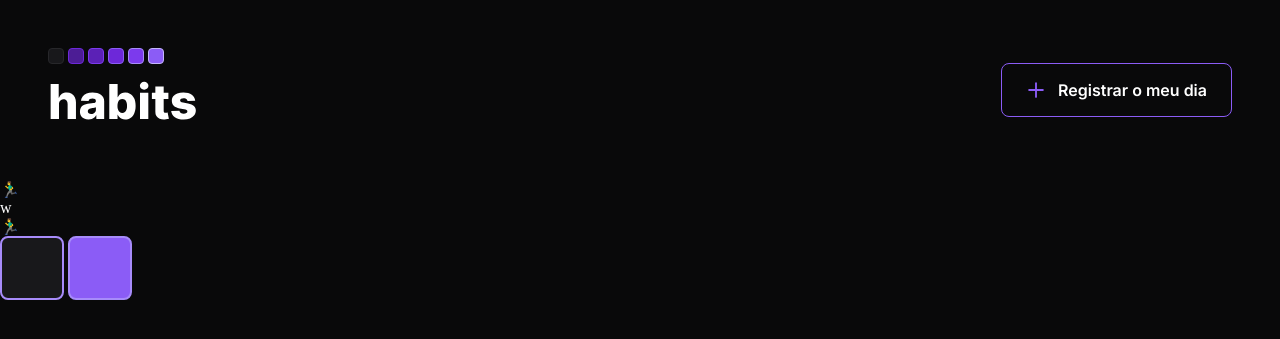
Repository: AntonyCosta/nlw-setup
Page: index.html
The author's editor kept a copy of each file at every save. The page is drawn from the files as they stood at one save, then again after the next save.
The browser window is 1280 px wide. The pictures show the whole page.

Above is the page before, as saved 2023-01-18 03:44:43.

### index.html
<!DOCTYPE html>
<html lang="pt-br">
  <head>
    <meta charset="UTF-8" />
    <meta http-equiv="X-UA-Compatible" content="IE=edge" />
    <meta name="viewport" content="width=device-width, initial-scale=1.0" />
    <link rel="preconnect" href="https://fonts.googleapis.com" />
    <link rel="preconnect" href="https://fonts.gstatic.com" crossorigin />
    <link
      href="https://fonts.googleapis.com/css2?family=Inter:wght@600&display=swap"
      rel="stylesheet"
    />
    <link rel="stylesheet" href="style.css" />
    <title>Habits</title>
  </head>
  <body>
    <header>
      <img src="./assets/logo.svg" alt="" />
      <button>
        <img src="./assets/plus.svg" alt="" />
        Registrar o meu dia
      </button>
    </header>

    <form>
      <div class="habits">
        <div class="habit">🏃‍♂️</div>
        <div class="habit">w</div>
        <div class="habit">🏃‍♂️</div>
      </div>
    </form>

    <input type="checkbox" />
    <input type="checkbox" checked />
  </body>
</html>

### style.css
* {
  margin: 0;
  padding: 0;
  box-sizing: border-box;
}

body {
  background-color: #09090a;
  color: white;

  /* display: grid;
  place-items: center; */

  height: 100vh;
}

header {
  display: flex;
  align-items: center;
  justify-content: space-between;

  padding: 48px;
}

button {
  padding: 16px 24px;
  border: 1px solid #8b5cf6;
  border-radius: 8px;
  background: transparent;
  color: #ffffff;

  display: flex;
  align-items: center;
  gap: 12px;

  font-family: "Inter", arial, sans-serif;
  font-weight: 600;
  font-size: 16px;
  line-height: 125%;
}

input {
  appearance: none;
  -webkit-appearance: none;

  width: 64px;
  height: 64px;

  border: 2px solid #a78bfa;
  border-radius: 8px;

  background: #18181b;
}

input:checked {
  background: #8b5cf6;
  border: 2px solid #a78bfa;
}

After the next save:
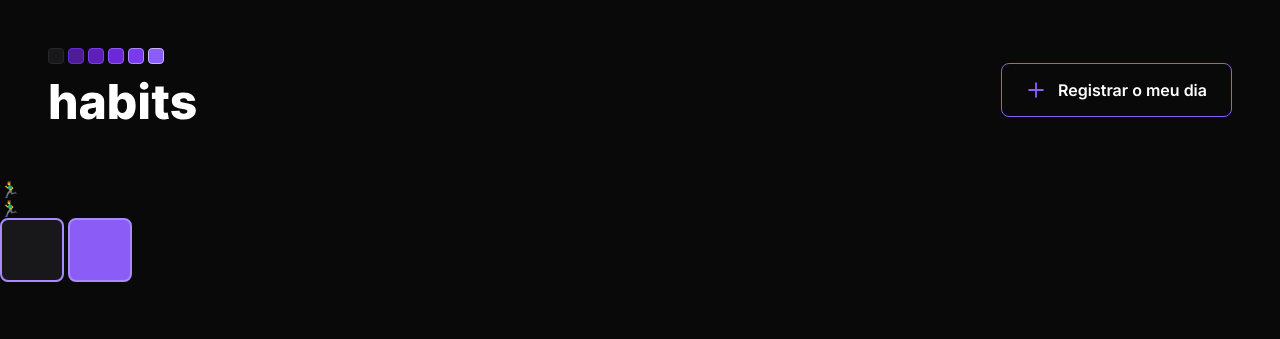
Saved 7 s later.
--- a/index.html
+++ b/index.html
@@ -25,7 +25,7 @@
     <form>
       <div class="habits">
         <div class="habit">🏃‍♂️</div>
-        <div class="habit">w</div>
+        <div class="habit"></div>
         <div class="habit">🏃‍♂️</div>
       </div>
     </form>
